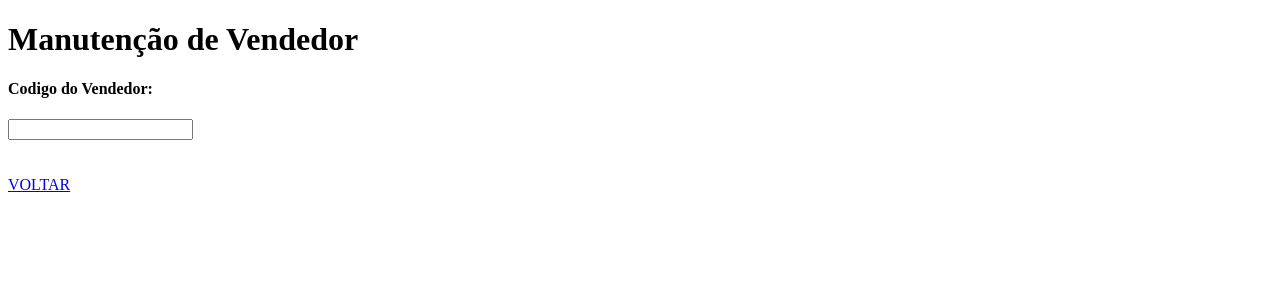
Repository: gabriellacrystina/workspaceWeb
Page: http://localhost/PrjVendas/ManutencaoVendedor.jsp
The author's editor kept a copy of each file at every save. The page is drawn from the files as they stood at one save, then again after the next save.
The browser window is 1280 px wide. The pictures show the whole page.
The page is served by Tomcat 9.

Above is the page before, as saved 2015-09-15 00:10:53.

After the next save:
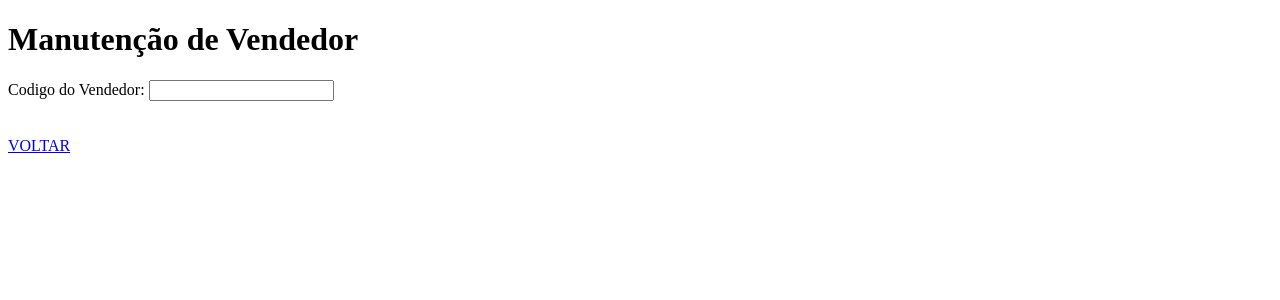
Saved 11 s later.
--- a/PrjVendas/WebContent/ManutencaoVendedor.jsp
+++ b/PrjVendas/WebContent/ManutencaoVendedor.jsp
@@ -9,7 +9,7 @@
 	<body>
 		<form action="ManutencaoVendedor" method="post">
 			<h1>Manutenção de Vendedor</h1>
-				<h4>Codigo do Vendedor: </h4><input type="text" name="codigo"><br>
+				Codigo do Vendedor: <input type="text" name="codigo"><br>
 
 
 
